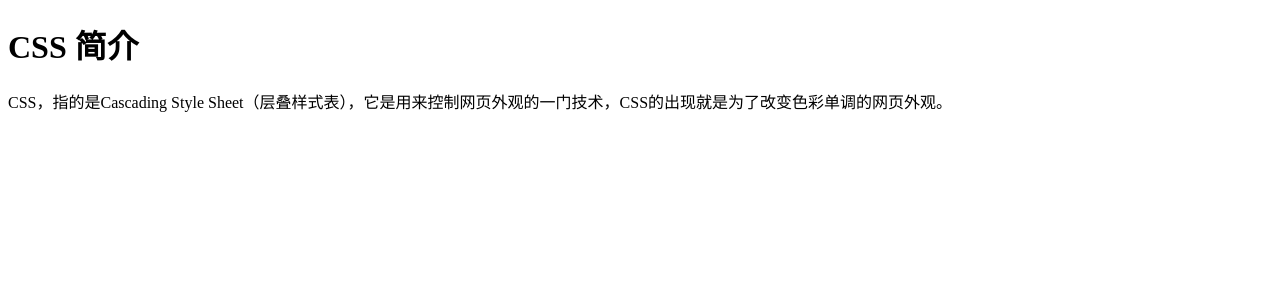
Repository: liang-n/front-end-basics
Page: 11-CSS简介.html
The author's editor kept a copy of each file at every save. The page is drawn from the files as they stood at one save, then again after the next save.
The browser window is 1280 px wide. The pictures show the whole page.

Above is the page before, as saved 2022-05-15 20:33:43.

### 11-CSS简介.html
<!DOCTYPE html>
<head>
    <meta charset="UTF-8">
    <title>11-CSS简介</title>
</head>
<body>
    <h1>CSS 简介</h1>

    <p>CSS，指的是Cascading Style Sheet（层叠样式表），它是用来控制网页外观的一门技术，CSS的出现就是为了改变色彩单调的网页外观。</p>

</body>
</html>

After the next save:
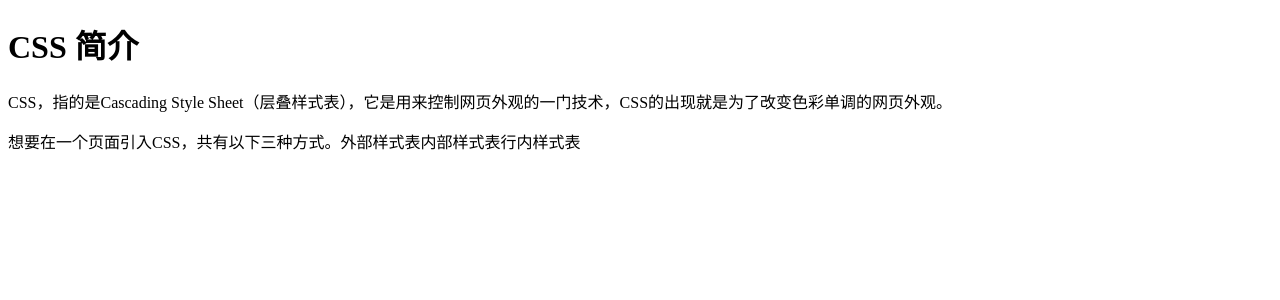
Saved 72 s later.
--- a/11-CSS简介.html
+++ b/11-CSS简介.html
@@ -1,12 +1,15 @@
 <!DOCTYPE html>
+
 <head>
     <meta charset="UTF-8">
     <title>11-CSS简介</title>
 </head>
+
 <body>
     <h1>CSS 简介</h1>
 
     <p>CSS，指的是Cascading Style Sheet（层叠样式表），它是用来控制网页外观的一门技术，CSS的出现就是为了改变色彩单调的网页外观。</p>
+    <p>想要在一个页面引入CSS，共有以下三种方式。外部样式表内部样式表行内样式表</p>
+</body>
 
-</body>
 </html>
